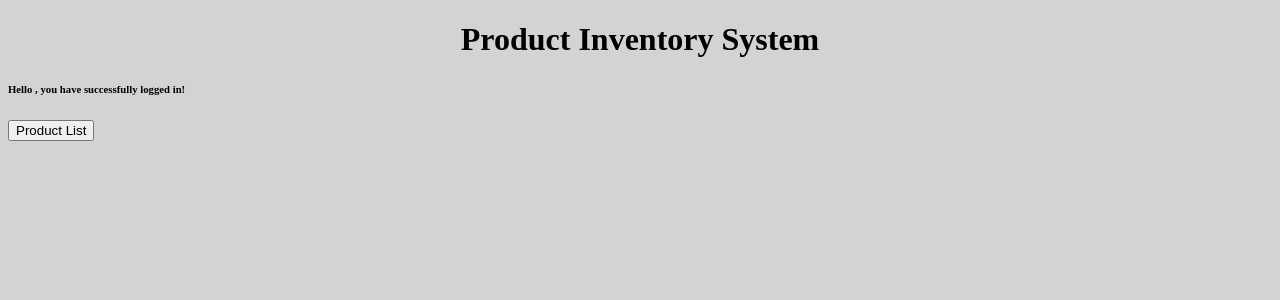
Repository: danalenvargas/TrainingWorkspace
Page: http://localhost/CaseStudyDraft/home.jsp
These files come from the project's save history. The page is drawn as it stood at one moment and after the next save; the edit follows.
The browser window is 1280 px wide. The pictures show the whole page.
The page is served by Tomcat 9. Other server files are loaded and not shown.

Above is the page before, as saved 2018-08-29 02:30:14.

### CaseStudyDraft/WebContent/home.jsp
<%@ taglib prefix = "c" uri = "http://java.sun.com/jsp/jstl/core" %>
<%-- <%@ page import="com.ibm.cs.entity.User" %> --%>
<%@ page language="java" contentType="text/html; charset=ISO-8859-1"
    pageEncoding="ISO-8859-1"%>
<!DOCTYPE html PUBLIC "-//W3C//DTD HTML 4.01 Transitional//EN" "http://www.w3.org/TR/html4/loose.dtd">
<html>
<head>
	<meta http-equiv="Content-Type" content="text/html; charset=ISO-8859-1">
	<title>Home Page</title>
	<style>
		body {
			background-color: lightgray;
		}
	</style>
<%-- 	<% --%>
<%-- 		User user = (User) session.getAttribute("user");
<%-- 	%> --%>
</head>
<body>
	<h1 align="center">Product Inventory System</h1>
<%-- 	<h6>Hello <%=user.getUsername()%>, you have successfully logged in!</h6> --%>
	<h6>Hello ${user.username}, you have successfully logged in!</h6>
	<button type="button" name="btnProd">Product List</button> <br>
<%-- 	<%if(user.getUserType().equals("admin")){ --%>
<%-- 	%> --%>
<!-- 		<button type="button" name="btnManageUsers">Manage User Accounts</button> -->
<%-- 	<%}  --%>
<%-- 	%> --%>
	<c:if test="${user.userType == 'admin'}">
		<button type="button" name="btnManageUsers" onclick="location.href='UserManagement'">Manage User Accounts</button>
	</c:if>
</body>
</html>

After the next save:
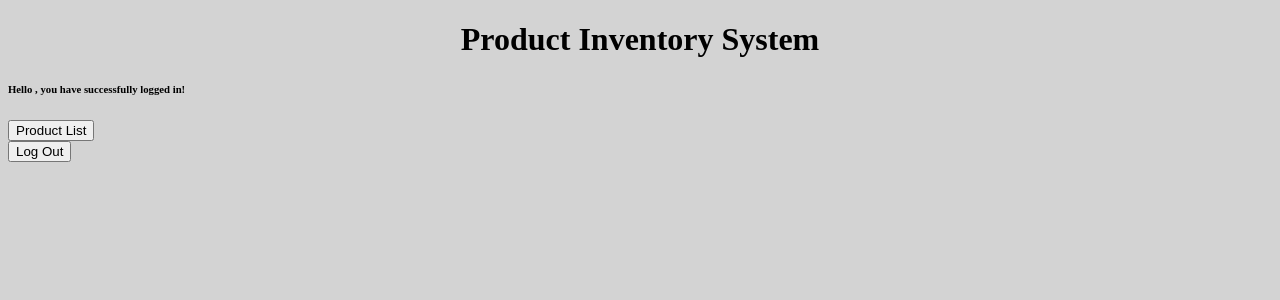
Saved 4 min 7 s later.
--- a/CaseStudyDraft/WebContent/home.jsp
+++ b/CaseStudyDraft/WebContent/home.jsp
@@ -27,7 +27,8 @@
 <%-- 	<%}  --%>
 <%-- 	%> --%>
 	<c:if test="${user.userType == 'admin'}">
-		<button type="button" name="btnManageUsers" onclick="location.href='UserManagement'">Manage User Accounts</button>
+		<button type="button" name="btnManageUsers" onclick="location.href='UserManagement'">Manage User Accounts</button> <br
 	</c:if>
+	<button type="button" name="btnLogOut" onclick="location.href='UserManagement'">Log Out</button> <br>
 </body>
 </html>
